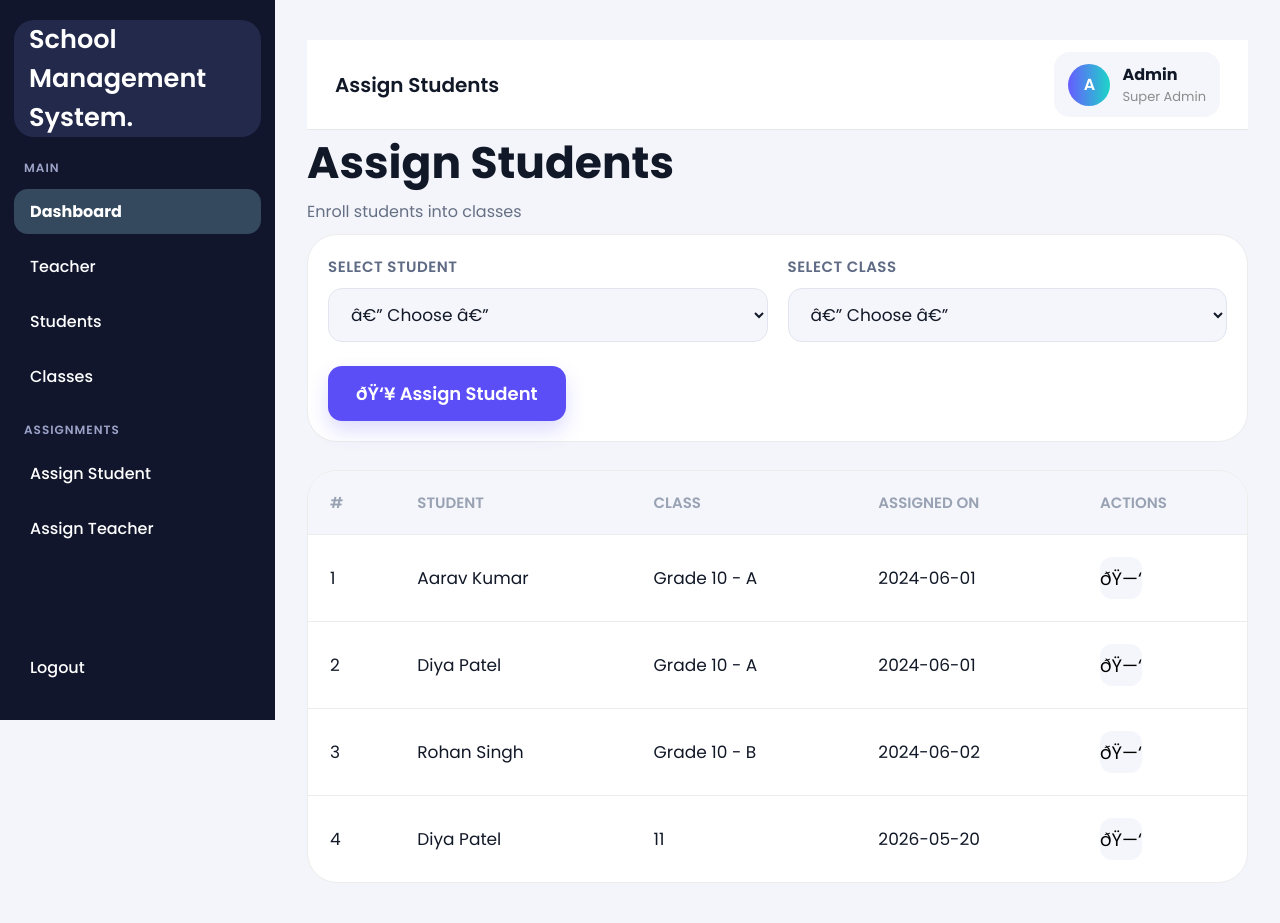
Repository: rohit-rk-07/school_management_system
Page: http://localhost/School_Management_System/admin/assignStudent.jsp
An editor plug-in stored every save of this project. The page is shown before and after the next save, followed by the edit.
The browser window is 1280 px wide. The pictures show the whole page.
The page is served by Tomcat 10. Other server files are loaded and not shown.

Above is the page before, as saved 2026-05-20 06:47:32.

### School_Management_System/src/main/webapp/admin/assignStudent.jsp
<!DOCTYPE html>
<html lang="en">

<head>

    <meta charset="UTF-8">
    <meta name="viewport" content="width=device-width, initial-scale=1.0">

    <title>Assign Students UI</title>

    <link rel="preconnect" href="https://fonts.googleapis.com">

    <link href="https://fonts.googleapis.com/css2?family=Poppins:wght@300;400;500;600;700&display=swap"
        rel="stylesheet">

    <style>

        *{
            margin:0;
            padding:0;
            box-sizing:border-box;
            font-family:'Poppins',sans-serif;
        }

        body{
            background:#f4f5fb;
            color:#111827;
            display: flex;
            flex-direction: row;
            justify-content: space-between;
            align-items: start;
        }

        /* =========================
           TOPBAR
        ========================== */

        .assignStudentTopbar{
            width:100%;
            background:#ffffff;
            padding:12px 28px;
            display:flex;
            justify-content:space-between;
            align-items:center;
            border-bottom:1px solid #e7e7e7;
        }

        .assignStudentTopbarTitle{
            font-size:20px;
            font-weight:600;
        }

        .assignStudentAdminProfile{
            display:flex;
            align-items:center;
            gap:12px;
            background:#f5f6fb;
            padding:10px 14px;
            border-radius:16px;
        }

        .assignStudentAdminAvatar{
            width:42px;
            height:42px;
            border-radius:50%;
            background:linear-gradient(to right,#675cff,#1dd5c8);
            display:flex;
            align-items:center;
            justify-content:center;
            color:#ffffff;
            font-weight:600;
        }

        .assignStudentAdminRole{
            font-size:13px;
            color:#8c8c8c;
        }

        /* =========================
           PAGE CONTAINER
        ========================== */

        .assignStudentPageContainer{
            padding:40px 32px;
            width: 80%;
        }

        .assignStudentPageHeading{
            font-size:44px;
            font-weight:700;
        }

        .assignStudentPageSubtitle{
            color:#667085;
            margin-top:4px;
            margin-bottom:10px;
        }

        /* =========================
           FORM CARD
        ========================== */

        .assignStudentFormCard{
            background:#ffffff;
            border-radius:30px;
            padding:20px;
            border:1px solid #ececec;
            margin-bottom:28px;
        }

        .assignStudentFormGrid{
            display:grid;
            grid-template-columns:1fr 1fr;
            gap:20px;
        }

        .assignStudentFormGroup{
            display:flex;
            flex-direction:column;
        }

        .assignStudentFormLabel{
            margin-bottom:10px;
            font-size:15px;
            font-weight:600;
            color:#5f6b85;
            letter-spacing:0.5px;
        }

        .assignStudentSelectInput{
            width:100%;
            height:54px;
            border:none;
            outline:none;
            background:#f5f6fb;
            border-radius:14px;
            padding:0 18px;
            font-size:17px;
            border:1px solid #e2e5ef;
            color:#111827;
            cursor:pointer;
        }

        /* =========================
           ASSIGN BUTTON
        ========================== */

        .assignStudentButton{
            margin-top:24px;
            border:none;
            background:#5c4ef7;
            color:#ffffff;
            padding:14px 28px;
            border-radius:14px;
            font-size:18px;
            font-weight:600;
            cursor:pointer;
            transition:0.3s;
            box-shadow:0 10px 20px rgba(92,78,247,0.2);
        }

        .assignStudentButton:hover{
            background:#4e40ee;
        }

        /* =========================
           TABLE CARD
        ========================== */

        .assignStudentTableCard{
            background:#ffffff;
            border-radius:30px;
            overflow:hidden;
            border:1px solid #ececec;
        }

        /* =========================
           TABLE
        ========================== */

        .assignStudentDataTable{
            width:100%;
            border-collapse:collapse;
        }

        .assignStudentDataTable thead{
            background:#f5f6fb;
        }

        .assignStudentDataTable th{
            text-align:left;
            padding:20px 22px;
            font-size:15px;
            color:#98a2b3;
            font-weight:600;
        }

        .assignStudentDataTable td{
            padding:22px;
            border-top:1px solid #ececec;
            font-size:17px;
        }

        /* =========================
           DELETE BUTTON
        ========================== */

        .assignStudentDeleteButton{
            width:42px;
            height:42px;
            border:none;
            border-radius:12px;
            background:#f5f6fb;
            cursor:pointer;
            font-size:18px;
        }

        /* =========================
           RESPONSIVE
        ========================== */

        @media(max-width:768px){

            .assignStudentFormGrid{
                grid-template-columns:1fr;
            }

            .assignStudentDataTable{
                display:block;
                overflow-x:auto;
            }

        }

    </style>

</head>

<body>

    <!-- =========================
         TOPBAR
    ========================== -->
	<jsp:include page="sidebar.jsp" />


    <!-- =========================
         PAGE CONTENT
    ========================== -->

    <div class="assignStudentPageContainer">

    <div class="assignStudentTopbar">

        <h2 class="assignStudentTopbarTitle">
            Assign Students
        </h2>

        <div class="assignStudentAdminProfile">

            <div class="assignStudentAdminAvatar">
                A
            </div>

            <div>

                <h4>Admin</h4>

                <p class="assignStudentAdminRole">
                    Super Admin
                </p>

            </div>

        </div>

    </div>

        <!-- PAGE TITLE -->

        <h1 class="assignStudentPageHeading">
            Assign Students
        </h1>

        <p class="assignStudentPageSubtitle">
            Enroll students into classes
        </p>

        <!-- FORM CARD -->

        <div class="assignStudentFormCard">

            <div class="assignStudentFormGrid">

                <!-- STUDENT -->

                <div class="assignStudentFormGroup">

                    <label class="assignStudentFormLabel">
                        SELECT STUDENT
                    </label>

                    <select class="assignStudentSelectInput">

                        <option>
                            — Choose —
                        </option>

                        <option>
                            Aarav Kumar
                        </option>

                        <option>
                            Diya Patel
                        </option>

                        <option>
                            Rohan Singh
                        </option>

                        <option>
                            Sneha Gupta
                        </option>

                    </select>

                </div>

                <!-- CLASS -->

                <div class="assignStudentFormGroup">

                    <label class="assignStudentFormLabel">
                        SELECT CLASS
                    </label>

                    <select class="assignStudentSelectInput">

                        <option>
                            — Choose —
                        </option>

                        <option>
                            Grade 10 - A
                        </option>

                        <option>
                            Grade 10 - B
                        </option>

                        <option>
                            Grade 11 - A
                        </option>

                    </select>

                </div>

            </div>

            <!-- BUTTON -->

            <button class="assignStudentButton">
                👥 Assign Student
            </button>

        </div>

        <!-- TABLE CARD -->

        <div class="assignStudentTableCard">

            <table class="assignStudentDataTable">

                <thead>

                    <tr>

                        <th>#</th>
                        <th>STUDENT</th>
                        <th>CLASS</th>
                        <th>ASSIGNED ON</th>
                        <th>ACTIONS</th>

                    </tr>

                </thead>

                <tbody>

                    <tr>

                        <td>1</td>

                        <td>
                            Aarav Kumar
                        </td>

                        <td>
                            Grade 10 - A
                        </td>

                        <td>
                            2024-06-01
                        </td>

                        <td>

                            <button class="assignStudentDeleteButton">
                                🗑
                            </button>

                        </td>

                    </tr>

                    <tr>

                        <td>2</td>

                        <td>
                            Diya Patel
                        </td>

                        <td>
                            Grade 10 - A
                        </td>

                        <td>
                            2024-06-01
                        </td>

                        <td>

                            <button class="assignStudentDeleteButton">
                                🗑
                            </button>

                        </td>

                    </tr>

                    <tr>

                        <td>3</td>

                        <td>
                            Rohan Singh
                        </td>

                        <td>
                            Grade 10 - B
                        </td>

                        <td>
                            2024-06-02
                        </td>

                        <td>

                            <button class="assignStudentDeleteButton">
                                🗑
                            </button>

                        </td>

                    </tr>

                    <tr>

                        <td>4</td>

                        <td>
                            Diya Patel
                        </td>

                        <td>
                            11
                        </td>

                        <td>
                            2026-05-20
                        </td>

                        <td>

                            <button class="assignStudentDeleteButton">
                                🗑
                            </button>

                        </td>

                    </tr>

                </tbody>

            </table>

        </div>

    </div>

</body>

</html>

### School_Management_System/src/main/webapp/admin/sidebar.jsp
<!DOCTYPE html>
<html lang="en">
<head>
  <meta charset="UTF-8" />
  <meta name="viewport" content="width=device-width, initial-scale=1.0"/>
  <title>School Sidebar</title>

  <style type="text/css">
  *{
  margin:0;
  padding:0;
  box-sizing:border-box;
}

body{
  font-family:'Poppins',sans-serif;
  background:#f4f5fa;
}

.schoolSidebar{
  width:280px;
  height:100vh;
  background:#11162d;
  color:#ffffff;
  padding:20px 14px;
  display:flex;
  flex-direction:column;
  justify-content:space-between;
  /*border-top-right-radius:20px;
  border-bottom-right-radius:20px;*/
  transition:0.3s;
}

.schoolSidebarLogo {
    font-size: 1.6rem;
    font-weight: 600;
    background: #23294b;
    border-radius: 20px;
    padding: 0 15px;
    }

schoolSidebarLogo{
  border-radius:14px;
  background:#23294b;
  display:flex;
  align-items:start;
  justify-content:start;
  font-size:20px;
  margin-bottom:35px;
}

.schoolSidebarMenuTitle{
  color:#9ca3c7;
  font-size:12px;
  letter-spacing:1px;
  margin:22px 10px 12px;
  font-weight:600;
}

.schoolSidebarMenuList{
  list-style:none;
}

.schoolSidebarMenuItem{
  display:flex;
  align-items:center;
  gap:14px;
  padding:10px 16px;
  border-radius:14px;
  margin-bottom:10px;
  color:#b6bdd9;
  cursor:pointer;
  transition:0.3s;
  font-size:15px;
  font-weight:500;
}

.schoolSidebarMenuItem a{
  font-size:16px;
  text-decoration: none;
  color: #fff;
  width: 100%;
  height: 100%;
}

.schoolSidebarMenuItem:hover{
  background:#242b4d;
  color:#ffffff;
}

.schoolSidebarActive{
  background:#4d44cc;
  color:#ffffff;
}

.schoolSidebarMenuItem {

    transition: background-color 0.2s ease;
}


.schoolSidebarMenuItem.schoolSidebarActive {
    background-color: #34495e;
}

.schoolSidebarMenuItem.schoolSidebarActive a {
    color: #ffffff;
    font-weight: bold;
}

@media(max-width:768px){

  .schoolSidebar{
    width:100%;
    height:auto;
    border-radius:0;
  }

}
  </style>

  <link rel="preconnect" href="https://fonts.googleapis.com">
  <link href="https://fonts.googleapis.com/css2?family=Poppins:wght@300;400;500;600;700&display=swap" rel="stylesheet">
</head>

<body>

  <aside class="schoolSidebar">

    <div class="schoolSidebarTop">

      <div class="schoolSidebarLogo">
        School Management System.
      </div>

      <div class="schoolSidebarMenuTitle">
        MAIN
      </div>

      <ul class="schoolSidebarMenuList">

        <li class="schoolSidebarMenuItem schoolSidebarActive">
          <a href="/School_Management_System/admin/dashboard/dashboard.jsp">Dashboard</a>
        </li>

        <li class="schoolSidebarMenuItem">
          <a href="/School_Management_System/admin/manage_teacher/addteacher.jsp">Teacher</a>

        </li>

        <li class="schoolSidebarMenuItem">
          <a href="/School_Management_System/admin/manage_student/addstudent.jsp">Students</a>
        </li>

        <li class="schoolSidebarMenuItem">
          <a href="/School_Management_System/admin/manage_classes/addclasses.jsp">Classes</a>
        </li>

      </ul>

      <div class="schoolSidebarMenuTitle">
        ASSIGNMENTS
      </div>

      <ul class="schoolSidebarMenuList">

        <li class="schoolSidebarMenuItem">
          <a href="/School_Management_System/admin/assign_student/assignStudent.jsp">Assign Student</a>
        </li>

        <li class="schoolSidebarMenuItem">
          <a href="/School_Management_System/admin/assign_teacher/assignTeacher.jsp">Assign Teacher</a>
        </li>

      </ul>

    </div>

    <div class="schoolSidebarBottom">

      <ul class="schoolSidebarMenuList">

        <li class="schoolSidebarMenuItem">
          <a href="/School_Management_System/login/login.jsp">Logout</a>
        </li>

      </ul>

    </div>

  </aside>

  <script>

  document.addEventListener("DOMContentLoaded", function () {
    const currentPath = window.location.pathname;
    const menuLinks = document.querySelectorAll(".schoolSidebarMenuList a");

    menuLinks.forEach(link => {
        const linkPath = link.getAttribute("href");

        if (currentPath.endsWith(linkPath)) {
            document.querySelectorAll(".schoolSidebarMenuItem").forEach(item => {
                item.classList.remove("schoolSidebarActive");
            });

            link.closest(".schoolSidebarMenuItem").classList.add("schoolSidebarActive");
        }
    });
});

  </script>

</body>
</html>

After the next save:
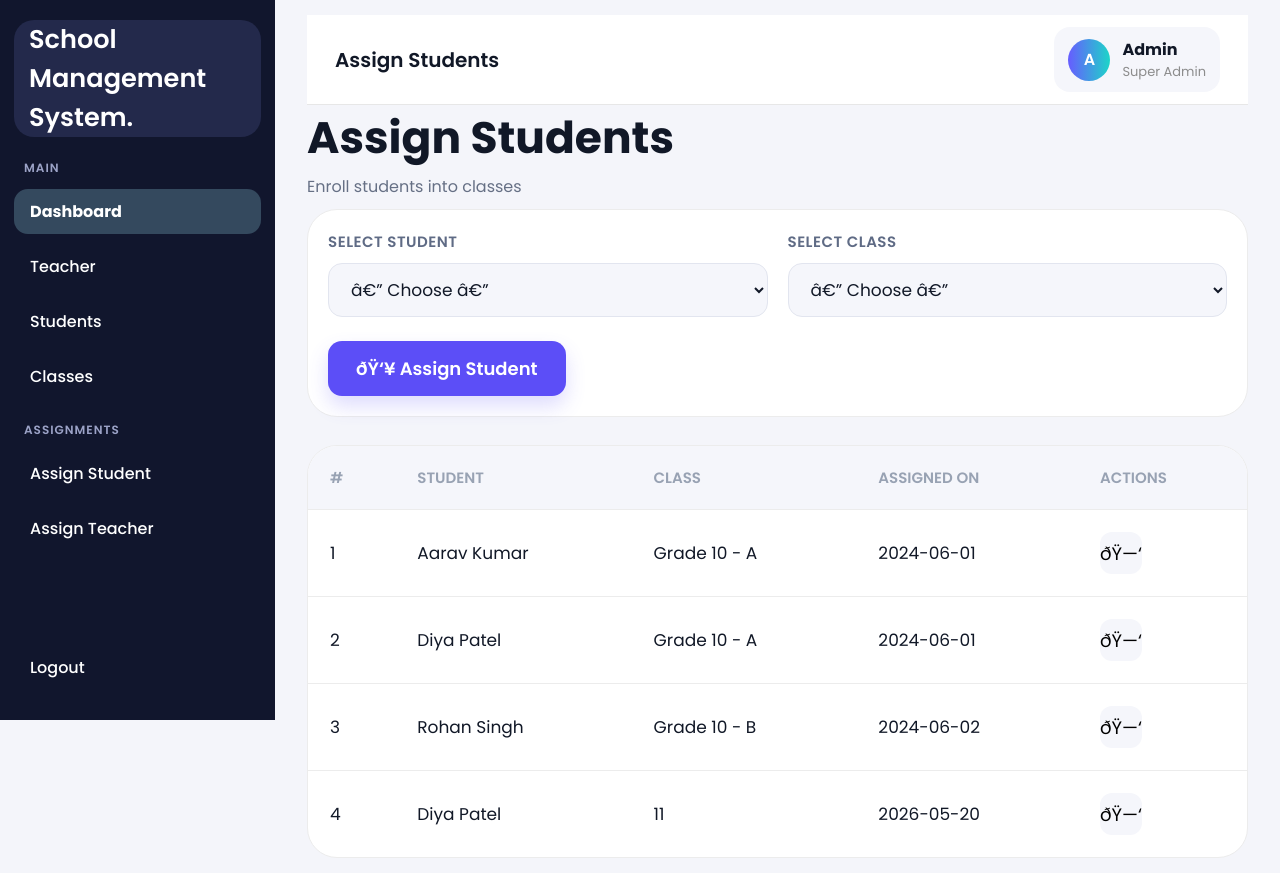
Saved 40 s later.
--- a/School_Management_System/src/main/webapp/admin/assignStudent.jsp
+++ b/School_Management_System/src/main/webapp/admin/assignStudent.jsp
@@ -81,7 +81,7 @@
         ========================== */
 
         .assignStudentPageContainer{
-            padding:40px 32px;
+            padding:15px 32px;
             width: 80%;
         }
 
